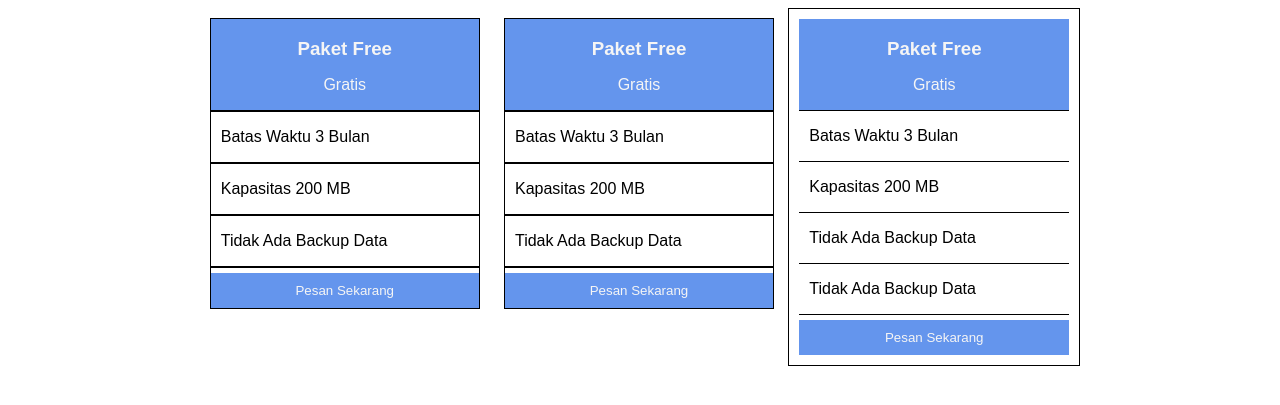
Repository: AHSANS354/tugas-sib5
Page: tugas css/index.html
An editor plug-in stored every save of this project. The page is shown before and after the next save, followed by the edit.
The browser window is 1280 px wide. The pictures show the whole page.

Above is the page before, as saved 2023-08-29 16:09:45.

### tugas css/index.html
<!DOCTYPE html>
<html lang="en">
  <head>
    <meta charset="UTF-8" />
    <meta name="viewport" content="width=device-width, initial-scale=1.0" />
    <title>Tugas css eksternal</title>
    <link rel="stylesheet" href="style.css" />
  </head>
  <body>
    <div class="container">
      <div class="row">
        <div class="col">
          <div class="card">
            <div class="header">
              <div>
                <h3>paket free</h3>
              </div>
              <div>
                <p>Gratis</p>
              </div>
            </div>
            <div class="content">
              <div>
                <p>batas waktu 3 bulan</p>
              </div>
              <div>
                <p>kapasitas 200 MB</p>
              </div>
              <div>
                <p>tidak ada backup data</p>
              </div>
              <div class="btn">
                <button type="button" class="tombol">pesan sekarang</button>
              </div>
            </div>
          </div>
          <div class="card2">
            <div class="header2">
              <div>
                <h3>paket free</h3>
              </div>
              <div>
                <p>Gratis</p>
              </div>
            </div>
            <div class="content2">
              <div>
                <p>batas waktu 3 bulan</p>
              </div>
              <div>
                <p>kapasitas 200 MB</p>
              </div>
              <div>
                <p>tidak ada backup data</p>
              </div>
              <div class="btn">
                <button type="button" class="tombol2">pesan sekarang</button>
              </div>
            </div>
          </div>
          <div class="card3">
            <div class="header3">
              <div>
                <h3>paket free</h3>
              </div>
              <div>
                <p>Gratis</p>
              </div>
            </div>
            <div class="content3">
              <div>
                <p>batas waktu 3 bulan</p>
              </div>
              <div>
                <p>kapasitas 200 MB</p>
              </div>
              <div>
                <p>tidak ada backup data</p>
              </div>
              <div>
                <p>tidak ada backup data</p>
              </div>
              <div class="btn3">
                <button type="button" class="tombol3">pesan sekarang</button>
              </div>
            </div>
          </div>
        </div>
      </div>
    </div>
  </body>
</html>

### tugas css/style.css
* {
  font-family: sans-serif;
  text-transform: capitalize;
}
/* div awal */
.container {
  display: flex;
  justify-content: center;
}

.row {
  width: 70%;
}

.col {
  display: flex;
  justify-content: space-around;
}

/* css tampilan card 1*/

.card {
  padding: 10px;
  width: 270px;
}
.header {
  border: 1px solid black;
  background-color: cornflowerblue;
  color: whitesmoke;
  display: flex;
  justify-content: center;
  align-items: center;
  flex-direction: column;
}

.content div {
  border: 1px solid black;
}

.content p {
  padding-left: 10px;
}

.btn {
  border: 1px solid black;
  display: flex;
  justify-content: center;
}

.tombol {
  width: 100%;
  margin-top: 5px;
  padding: 10px 70px;
  background-color: cornflowerblue;
  border: none;
  color: whitesmoke;
}

h3 {
  margin-bottom: 0;
}

/* css tampilan card 2 */
.card2 {
  padding: 10px;
  width: 270px;
}
.header2 {
  border: 1px solid black;
  background-color: cornflowerblue;
  color: whitesmoke;
  display: flex;
  justify-content: center;
  align-items: center;
  flex-direction: column;
}

.content2 div {
  border: 1px solid black;
}

.content2 p {
  padding-left: 10px;
}

.btn2 {
  border: 1px solid black;
  display: flex;
  justify-content: center;
}

.tombol2 {
  width: 100%;
  margin-top: 5px;
  padding: 10px 70px;
  background-color: cornflowerblue;
  border: none;
  color: whitesmoke;
}

h3 {
  margin-bottom: 0;
}

/* css tampilan card 3 */
.card3 {
  border: 1px solid black;
  padding: 10px;
  width: 270px;
}
.header3 {
  background-color: cornflowerblue;
  color: whitesmoke;
  display: flex;
  justify-content: center;
  align-items: center;
  flex-direction: column;
}

.content3 div {
  border-top: 1px solid black;
}

.content3 p {
  padding-left: 10px;
}

.btn {
  display: flex;
  justify-content: center;
}

.tombol3 {
  width: 100%;
  margin-top: 5px;
  padding: 10px 70px;
  background-color: cornflowerblue;
  border: none;
  color: whitesmoke;
}

h3 {
  margin-bottom: 0;
}

After the next save:
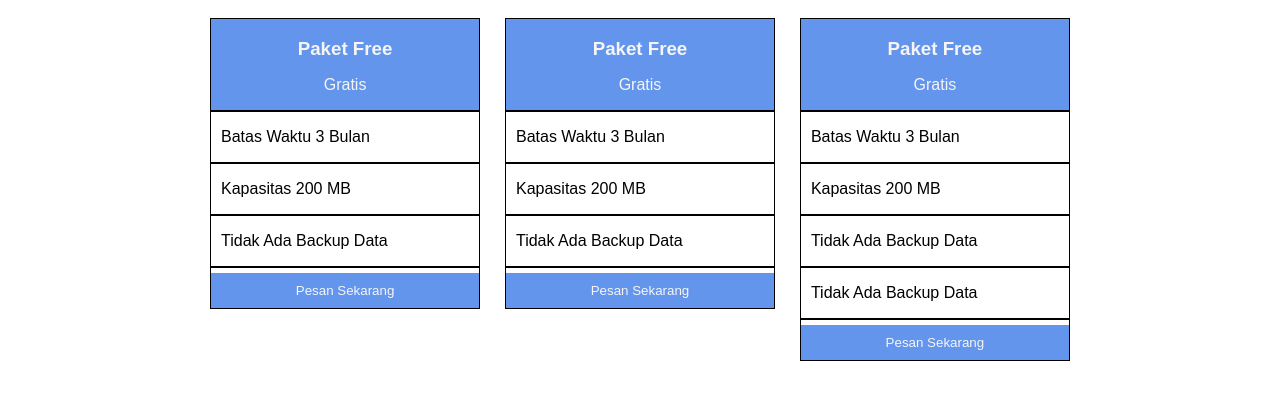
Saved 74 s later.
--- a/tugas css/style.css
+++ b/tugas css/style.css
@@ -104,11 +104,11 @@ h3 {
 
 /* css tampilan card 3 */
 .card3 {
-  border: 1px solid black;
   padding: 10px;
   width: 270px;
 }
 .header3 {
+  border: 1px solid black;
   background-color: cornflowerblue;
   color: whitesmoke;
   display: flex;
@@ -118,14 +118,15 @@ h3 {
 }
 
 .content3 div {
-  border-top: 1px solid black;
+  border: 1px solid black;
 }
 
 .content3 p {
   padding-left: 10px;
 }
 
-.btn {
+.btn3 {
+  border: 1px solid black;
   display: flex;
   justify-content: center;
 }
